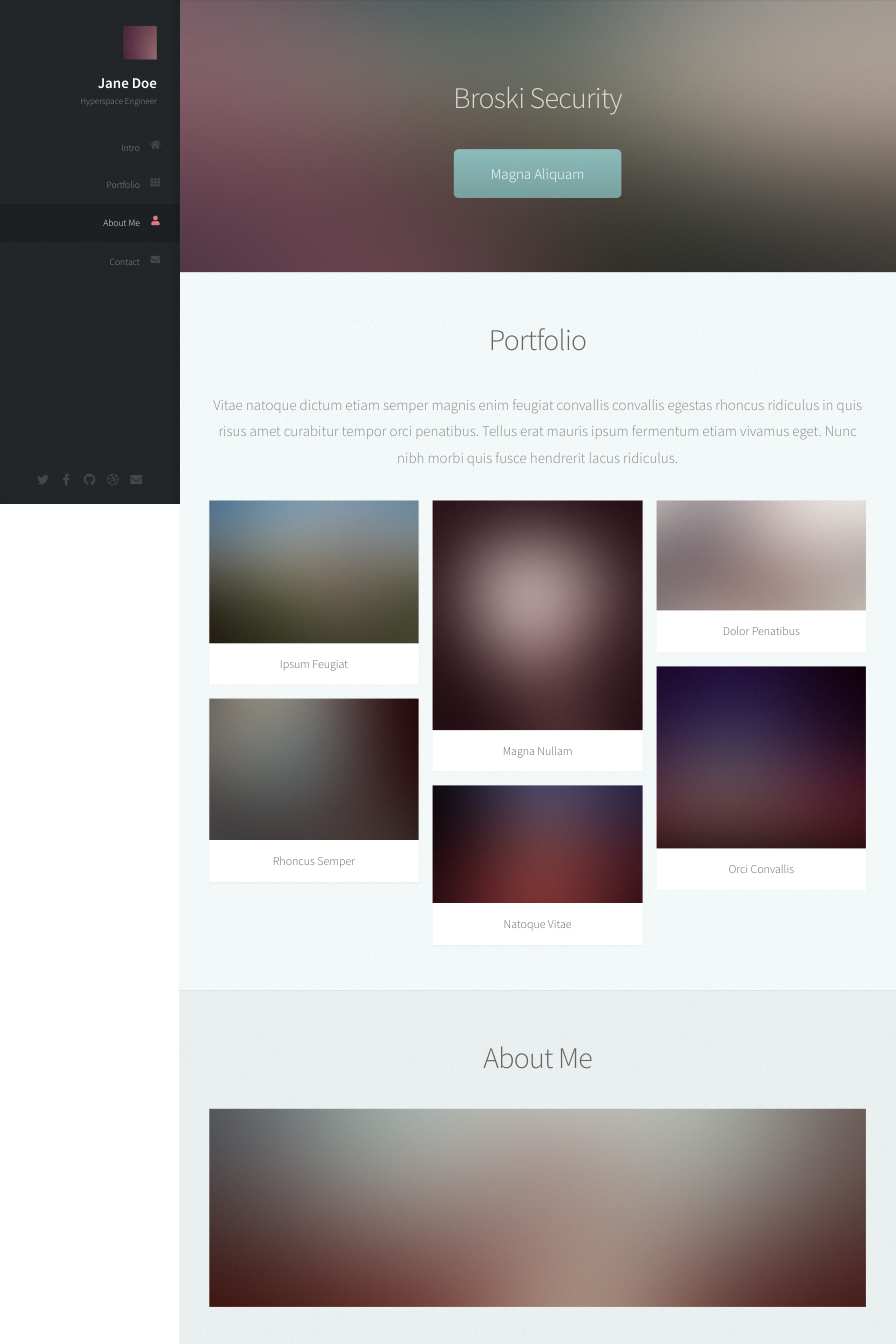
Repository: fiedore/fiedore.github.io
Page: index.html
These files come from the project's save history. The page is drawn as it stood at one moment and after the next save; the edit follows.
The browser window is 1280 px wide. The pictures show the part of the page from y = 0 to 1920 px (the page is 3181 px tall before and 3239 px after), at 70% of full size.

Above is the page before, as saved 2025-06-02 23:56:04.

After the next save:
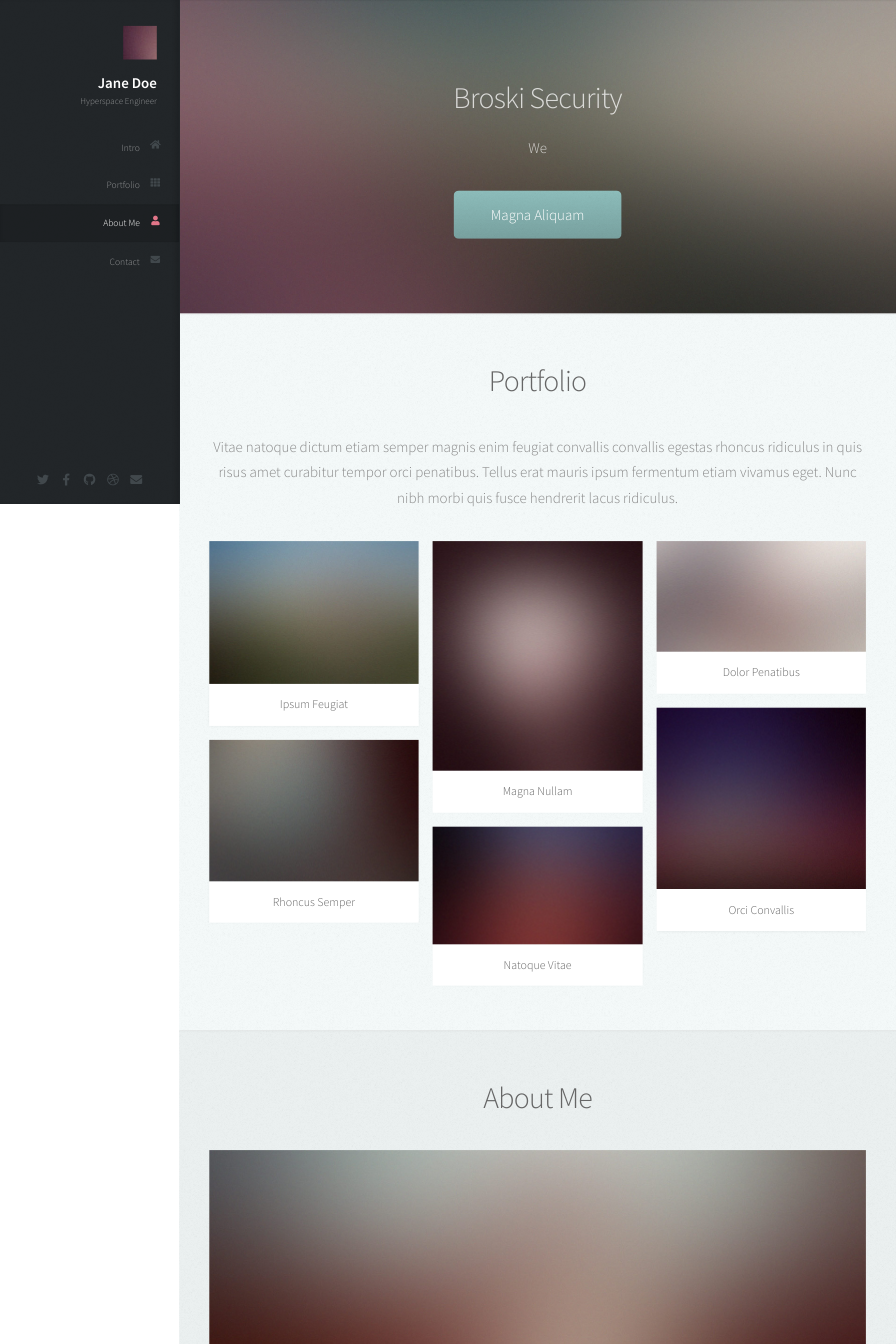
Saved 9 s later.
--- a/index.html
+++ b/index.html
@@ -61,7 +61,7 @@
 
 							<header>
 								<h2 class="alt">Broski Security</h2>
-
+								<p>We</p>
 							</header>
 
 							<footer>
